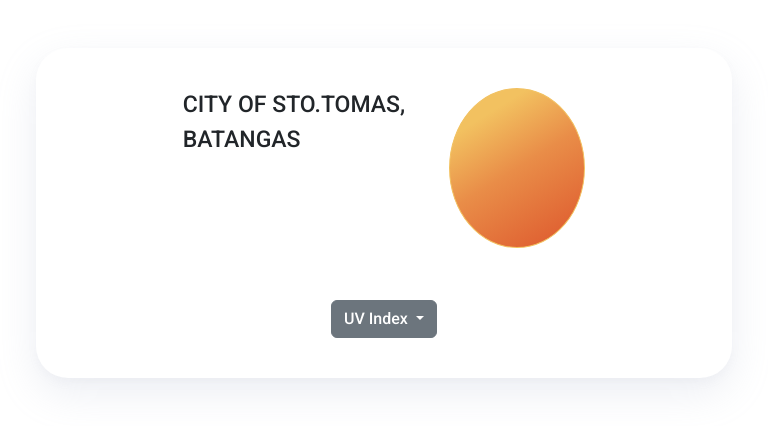
Repository: Uriarte-Anyl/Uriarte-Anyl.github.io
Page: Course/ADET/A07/embed.html
The author's editor kept a copy of each file at every save. The page is drawn from the files as they stood at one save, then again after the next save.
The browser window is 768 px wide. The pictures show the whole page.
The page's requests for data from a server got no answer.

Above is the page before, as saved 2025-06-05 09:18:27.
Console error: TypeError: Cannot set properties of null (setting 'textContent')

### Course/ADET/A07/embed.html
<!DOCTYPE html>
<html lang="en">
  <head>
    <meta charset="utf-8" />
    <meta name="viewport" content="width=device-width, initial-scale=1" />
    <title>Embeddable UV Index</title>
    <link rel="preconnect" href="https://fonts.googleapis.com" />
    <link rel="preconnect" href="https://fonts.gstatic.com" crossorigin />
    <link
      href="https://fonts.googleapis.com/css2?family=Roboto:wght@500&display=swap"
      rel="stylesheet"
    />
    <link
      href="https://cdn.jsdelivr.net/npm/bootstrap@5.3.6/dist/css/bootstrap.min.css"
      rel="stylesheet"
      integrity="sha384-4Q6Gf2aSP4eDXB8Miphtr37CMZZQ5oXLH2yaXMJ2w8e2ZtHTl7GptT4jmndRuHDT"
      crossorigin="anonymous"
    />
  </head>

  <style>
    body {
      font-family: "Roboto", sans-serif;
    }
    .roboto {
      font-family: "Roboto", sans-serif;
      font-optical-sizing: auto;
      font-weight: 500;
      font-style: normal;
      font-variation-settings: "wdth" 100;
    }

    .card.main {
      padding: 40px;
      border: none;
      box-shadow: 0 5px 10px rgba(154, 160, 185, 0.05),
        0 15px 40px rgba(166, 173, 201, 0.2);
    }

    .card.index-rate {
      width: 64px;
      height: 64px;
      display: flex;
      justify-content: center;
      align-items: center;
      color: #ffffff;
      border: none;
    }

    .sun {
      display: flex;
      flex-direction: row;
      align-items: center;
      height: 160px;
      width: 160px;
      border-radius: 100%;
      justify-content: center;

      background: #f2c160;
      background: linear-gradient(
        148deg,
        rgba(242, 193, 96, 1) 20%,
        rgba(233, 141, 72, 1) 50%,
        rgba(221, 85, 44, 1) 100%
      );
      border: 1px solid #f2c160;
    }

    .title {
      font-size: clamp(16px, 3vw, 32px);
    }

    .uv-index {
      font-size: clamp(16px, 3vw, 32px);
    }

    .danger {
      font-size: clamp(16px, 3vw, 32px);
      color: #000000;
    }

    .temperature-value {
      font-size: clamp(16px, 2vw, 32px);
      color: #ffffff;
    }

    @media (max-width: 320px) {
      .card.main {
        padding: 24px;
      }

      .sun {
        margin: 16px 0px 16px 0px;
        display: flex;
        flex-direction: row;
        align-items: center;
        height: 96px;
        width: 96px;
        border-radius: 100%;
        justify-content: center;

        background: #f2c160;
        background: linear-gradient(
          148deg,
          rgba(242, 193, 96, 1) 20%,
          rgba(233, 141, 72, 1) 50%,
          rgba(221, 85, 44, 1) 100%
        );
        border: 1px solid #f2c160;
      }
    }
  </style>

  <body>
    <div class="container-fluid">
      <div class="container my-5">
        <div class="card main rounded-5">
          <div class="row d-flex justify-content-center">
            <div class="col-sm-9 col-md-5">
              <div class="title">CITY OF STO.TOMAS, BATANGAS</div>
              <div class="uv-text-holder" id="showCurrentUVIndex"></div>

            </div>

            <div
              class="col-sm-12 col-md-3 d-flex flex-row align-center justify-content-center"
            >
              <div class="card sun" id="temperatureHolder">

              </div>
            </div>
          </div>

          <div class="row mt-5 d-flex justify-content-center">
            <div class="col-sm-12 col-md-8 col-lg-8 d-none d-lg-block">
              <div
                class="index-rate-wrapper d-flex flex-row align-center justify-content-between"
              >
                <div class="uv-wrapper">
                  <div
                    class="card index-rate"
                    style="background-color: #16c47f"
                  >
                    1-2
                  </div>
                  <div class="label text-center pt-2">Low</div>
                </div>
                <div class="uv-wrapper">
                  <div
                    class="card index-rate"
                    style="background-color: #f3c623"
                  >
                    3-5
                  </div>
                  <div class="label text-center pt-2">Moderate</div>
                </div>

                <div class="uv-wrapper">
                  <div
                    class="card index-rate"
                    style="background-color: #ff9d23"
                  >
                    6-7
                  </div>
                  <div class="label text-center pt-2">High</div>
                </div>

                <div class="uv-wrapper">
                  <div
                    class="card index-rate"
                    style="background-color: #f93827"
                  >
                    8-10
                  </div>
                  <div class="label text-center pt-2">Very High</div>
                </div>

                <div class="uv-wrapper">
                  <div
                    class="card index-rate"
                    style="background-color: #52357b"
                  >
                    11+
                  </div>
                  <div class="label text-center pt-2">Extreme</div>
                </div>
              </div>
            </div>
            <div class="row d-sm-block d-lg-none">
              <div class="col d-flex justify-content-center mt-1">
                <div class="dropdown">
                  <button
                    class="btn btn-secondary dropdown-toggle"
                    type="button"
                    data-bs-toggle="dropdown"
                    aria-expanded="false"
                  >
                    UV Index
                  </button>
                  <ul class="dropdown-menu ps-2">
                    <li>1-2 LOW</li>
                    <li>3-5 MODERATE</li>
                    <li>6-7 HIGH</li>
                    <li>8-10 VERY HIGH</li>
                    <li>11 EXTREME</li>
                  </ul>
                </div>
              </div>
            </div>
          </div>
        </div>
      </div>
    </div>
    <script
      src="https://cdn.jsdelivr.net/npm/bootstrap@5.3.6/dist/js/bootstrap.bundle.min.js"
      integrity="sha384-j1CDi7MgGQ12Z7Qab0qlWQ/Qqz24Gc6BM0thvEMVjHnfYGF0rmFCozFSxQBxwHKO"
      crossorigin="anonymous"
    ></script>
  </body>
  <script src="uv_function.js"></script>
</html>

### Course/ADET/A07/uv_function.js
// MDN
async function getData() {
  const url =
    "https://api.open-meteo.com/v1/forecast?latitude=14.0875&longitude=121.1776&daily=uv_index_clear_sky_max,uv_index_max&hourly=uv_index,uv_index_clear_sky&current=temperature_2m&timezone=auto";

  try {
    const response = await fetch(url);
    if (!response.ok) {
      throw new Error(`Response status: ${response.status}`);
    }

    const data = await response.json();
    getUVIndex(data);
    getTemperature(data);
  } catch (error) {
    console.error("Fetch error:", error.message);
    document.getElementById("uv-index").textContent = "Error";
  }
}

function getTemperature(data) {
  const temperatureHolder = document.getElementById("temperatureHolder");
  const temperatureValue = data.current.temperature_2m;
  const TemperatureRounded = Number(temperatureValue).toFixed(2);

  temperatureHolder.innerHTML =
    `<div class="temperature-value">` + TemperatureRounded + `&#x2103;</div>`;
}

function getUVIndex(data) {
  const currentTimeForUV = data.current.time.slice(0, 13);
  const hourlyTimesForUV = data.hourly.time;
  const uvIndexes = data.hourly.uv_index;

  const currentIndexForUV = hourlyTimesForUV.findIndex((time) =>
    time.startsWith(currentTimeForUV)
  );

  const showCurrentUVIndex = document.getElementById("showCurrentUVIndex");
  const uvValue = uvIndexes[currentIndexForUV];
  const UVRounded = Number(uvValue).toFixed(2);

  showCurrentUVIndex.innerHTML =
    ` <div class="uv-danger-wrapper py-3">
                <div class="uv-index">UV INDEX: <span>` +
    UVRounded +
    `</span></div>
                <div class="text-holder" id="text"></div>
              </div>`;

  return setUVlabel(uvValue);
}

function setUVlabel(uvValue) {
  const labelOfIndex = document.getElementsByClassName("danger");
  const text = document.getElementById("text");
  text.innerHTML = "";

  const uvLevels = [
    { max: 3, label: "Low" },
    { max: 6, label: "Moderate" },
    { max: 8, label: "High" },
    { max: 11, label: "Very High" },
    { max: Infinity, label: "Extreme" },
  ];

  uvLevels.forEach((level) => {
    if (uvValue < level.max && text.innerHTML === "") {
      text.innerHTML = `<div class="danger">` + level.label + `</div>`;
    }
  });

  let category = "";

  if (uvValue < 3) {
    category = "low";
  } else if (uvValue < 6) {
    category = "moderate";
  } else if (uvValue < 8) {
    category = "high";
  } else if (uvValue < 11) {
    category = "very";
  } else {
    category = "extremely";
  }

  let color = "";

  switch (category) {
    case "low":
      color = "#16C47F";
      textContent = "LOW";
      break;
    case "moderate":
      color = "#F2C94C";
      break;
    case "high":
      color = "#F2994A";
      break;
    case "very":
      color = "#EB5757";
      break;
    case "extremely":
      color = "#9B51E0";
      break;
    default:
      color = "#000000";
  }

  for (let i = 0; i < labelOfIndex.length; i++) {
    labelOfIndex[i].style.color = color;
  }
}

getData();

After the next save:
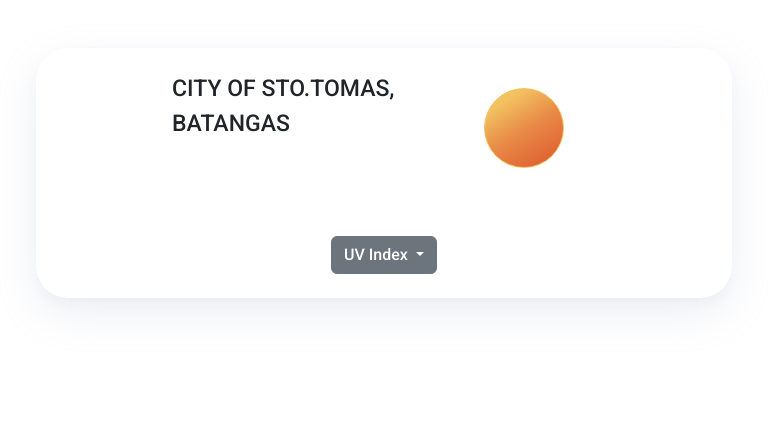
Saved 62 s later.
--- a/Course/ADET/A07/embed.html
+++ b/Course/ADET/A07/embed.html
@@ -109,6 +109,32 @@
         border: 1px solid #f2c160;
       }
     }
+
+    @media (max-width: 768px) {
+      .card.main {
+        padding: 24px;
+      }
+
+      .sun {
+        margin: 16px 0px 16px 0px;
+        display: flex;
+        flex-direction: row;
+        align-items: center;
+        height: 80px;
+        width: 80px;
+        border-radius: 100%;
+        justify-content: center;
+
+        background: #f2c160;
+        background: linear-gradient(
+          148deg,
+          rgba(242, 193, 96, 1) 20%,
+          rgba(233, 141, 72, 1) 50%,
+          rgba(221, 85, 44, 1) 100%
+        );
+        border: 1px solid #f2c160;
+      }
+    }
   </style>
 
   <body>
